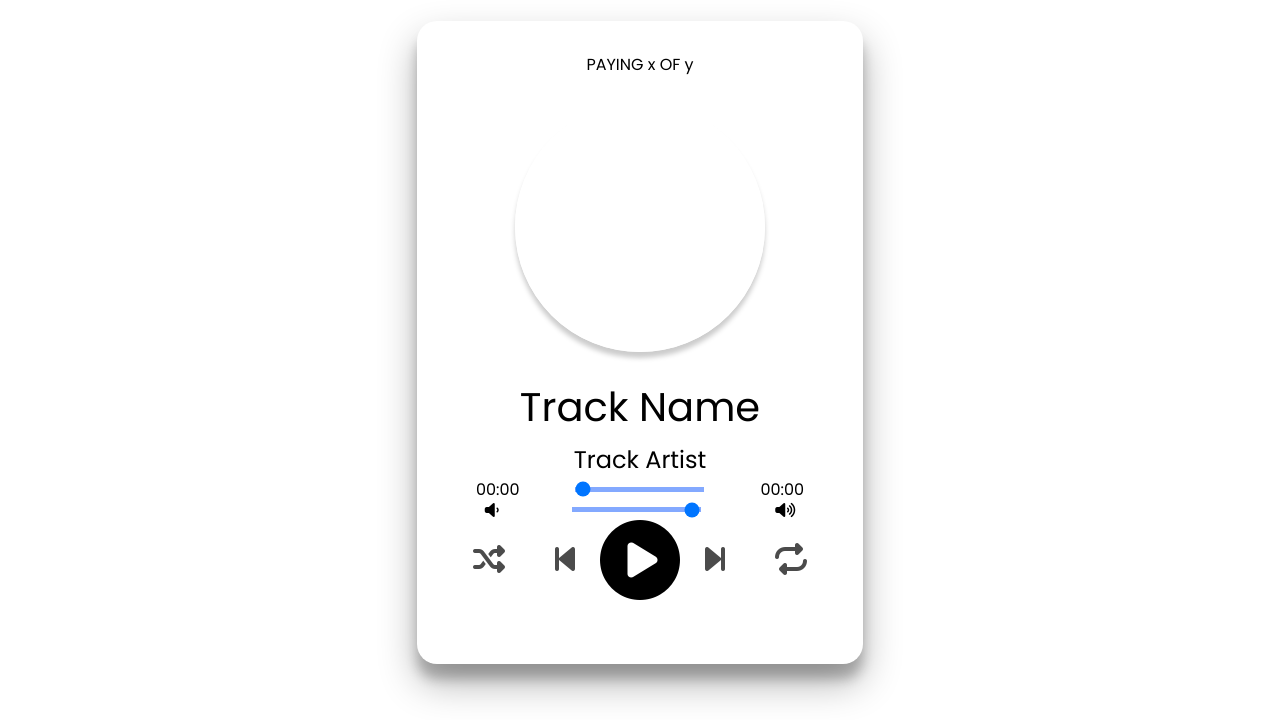
Repository: NguyenVietPhuQuy/Javascript-AudioPlayer
Page: index.html
An editor plug-in stored every save of this project. The page is shown before and after the next save, followed by the edit.
The browser window is 1280 px wide. The pictures show the whole page.

Above is the page before, as saved 2022-11-09 08:46:09.

After the next save:
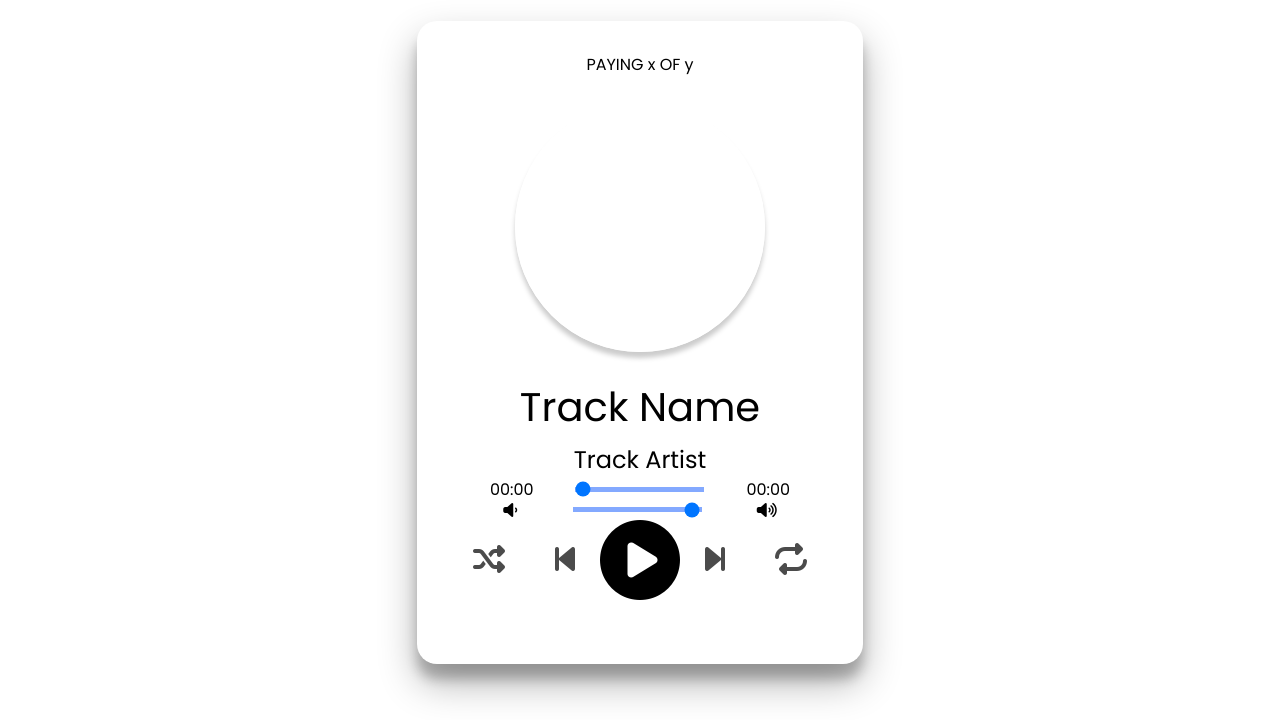
Saved 7 s later.
--- a/index.css
+++ b/index.css
@@ -84,4 +84,5 @@ img{
     appearance: none;
     height: 5px;
     background-color: #83a9ff;
+    margin: 0;
 }
